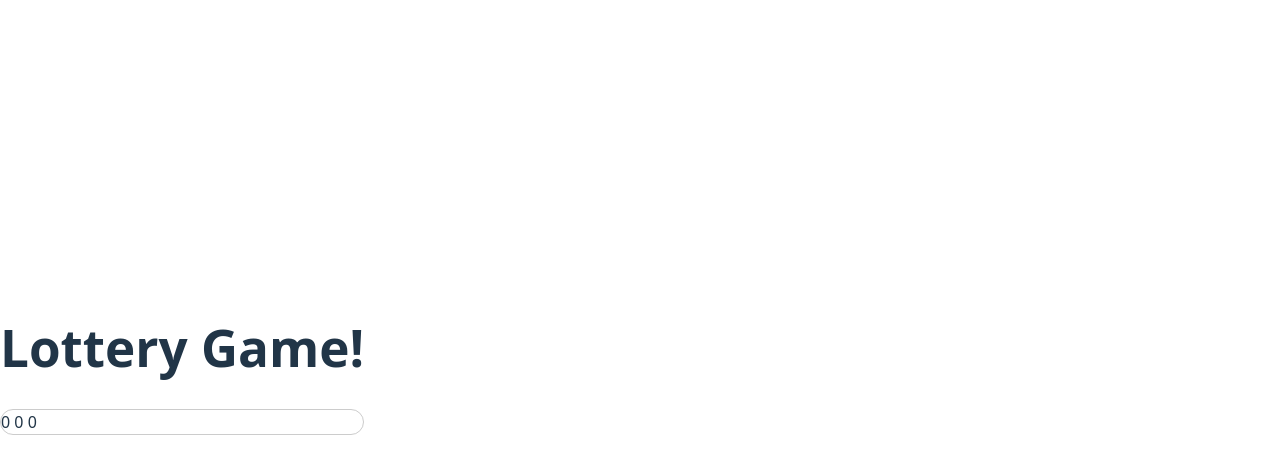
Repository: Ravikumar7210/Web_workspace
Page: / (app in React_Projects/Lottery/)
These files come from the project's save history. The page is drawn as it stood at one moment and after the next save; the edit follows.
The browser window is 1280 px wide. The pictures show the whole page.
The project was rebuilt for these pictures with package versions that can differ from the ones it lists, and the page was loaded fresh each time. Also part of the build but not shown: React_Projects/Lottery/vite.config.js.

Above is the page before, as saved 2025-04-07 14:45:20.

### React_Projects/Lottery/src/App.jsx

import Lottery from './Lottery'

function App() {

  return(

    <>
    <Lottery/>
    </>

  )



}

export default App

### React_Projects/Lottery/src/Lottery.jsx
import {useState} from 'react';
import "./Lottery.css"
export default  function Lottery() {

let [ticket, setTicket] = useState([0,0,0]);
  return (
    <>
    <div>
    <h1>Lottery Game!</h1>
    <div className="ticket">
    <span>{ticket[0]} </span>
    <span>{ticket[1]} </span>
    <span>{ticket[2]} </span>

    </div>
    </div>

    </>
    )
}

### React_Projects/Lottery/src/Lottery.css
.ticket {
    border : 1px solid #ccc;
    border-radius : 14px;
}

Loaded but not shown: React_Projects/Lottery/index.html (common file); React_Projects/Lottery/src/main.jsx (common file); React_Projects/Lottery/src/index.css (common file)

After the next save:
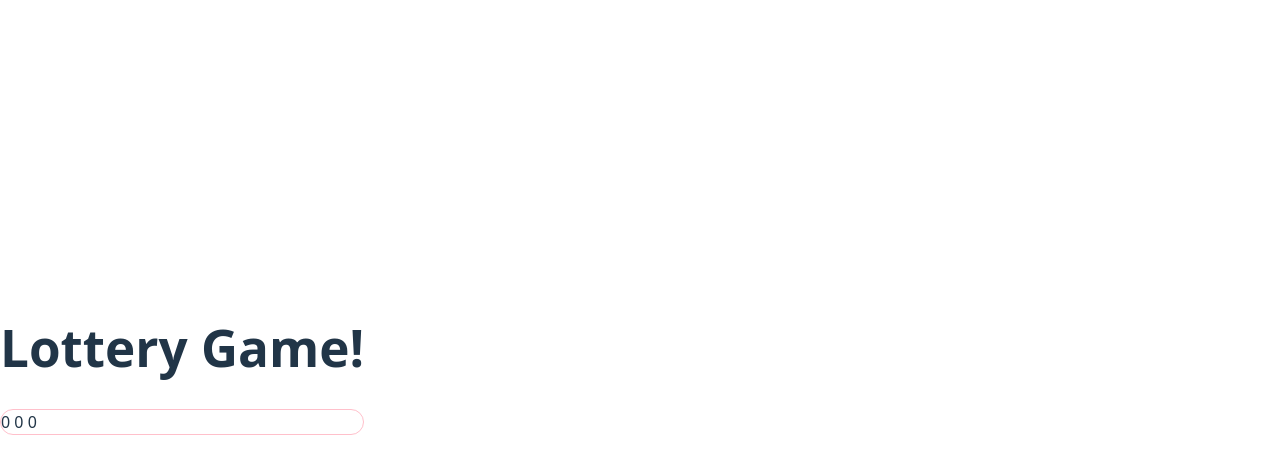
Saved 21 s later.
--- a/React_Projects/Lottery/src/Lottery.css
+++ b/React_Projects/Lottery/src/Lottery.css
@@ -1,4 +1,4 @@
 .ticket {
-    border : 1px solid #ccc;
+    border : 1px solid #ffc0cb;
     border-radius : 14px;
 }
